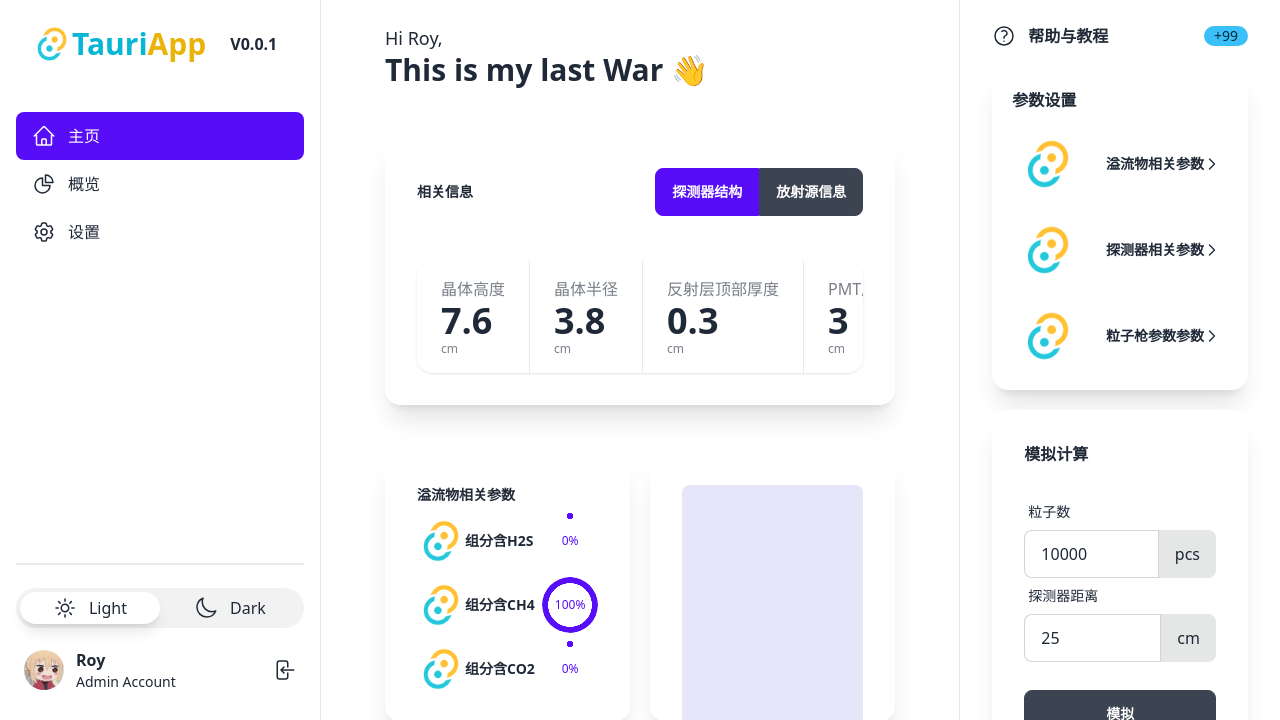
Repository: XMZOVO/tauri-geant4
Page: /
These files come from the project's save history. The page is drawn as it stood at one moment and after the next save; the edit follows.
The browser window is 1280 px wide. The pictures show the whole page.
The page's requests for data from a server got no answer. An inner scrolling area shows only its first screen. The project was rebuilt for these pictures with package versions that can differ from the ones it lists, and the page was loaded fresh each time. No one was signed in, and anything a server would have sent is missing. Also part of the build but not shown: vite.config.ts.

Above is the page before, as saved 2022-09-07 19:24:52.

### index.html
<!DOCTYPE html>
<html lang="en">
  <head>
    <meta charset="UTF-8" />
    <link rel="icon" type="image/svg+xml" href="/vite.svg" />
    <meta name="viewport" content="width=device-width, initial-scale=1.0" />
    <title>Tauri + Vue + TS</title>
  </head>

  <body>
    <div id="app"></div>
    <script type="module" src="/src/main.ts"></script>
    <script
      type="module"
      src="https://root.cern/js/latest/modules/main.mjs"
    ></script>
  </body>
</html>

### src/main.ts
import { createApp } from "vue";
import App from "./App.vue";
import "./index.css";
import { Router } from "./router";
import { createPinia } from "pinia";

const pinia = createPinia();

createApp(App).use(pinia).use(Router).mount("#app");

### src/router/index.ts
import { createRouter, createWebHistory } from "vue-router";

const routes = [
  {
    path: "",
    component: () => import("../components/MainWindow.vue"),
    children: [
      {
        path: "",
        component: () => import("../components/Home.vue"),
      },
      {
        path: "Setting",
        component: () => import("../components/Setting.vue"),
      },
      {
        path: "Overview",
        component: () => import("../components/Overview.vue"),
      },
    ],
  },
];

export const Router = createRouter({
  scrollBehavior: () => ({ left: 0, top: 0 }),
  history: createWebHistory(),
  routes,
});

### src/components/MainWindow.vue
<template>
  <div :data-theme="theme" class="drawer-mobile drawer h-screen">
    <input id="my-drawer-2" type="checkbox" class="drawer-toggle" />
    <div class="drawer-content flex flex-col">
      <!-- Page content here -->
      <!-- <label for="my-drawer-2" class="btn btn-primary drawer-button lg:hidden"
        >Open drawer</label
      > -->
      <router-view v-slot="{ Component }">
        <keep-alive exclude="Overview">
          <component :is="Component" />
        </keep-alive>
      </router-view>
    </div>
    <div class="drawer-side border-r border-solid border-base-300">
      <label for="my-drawer-2" class="drawer-overlay"></label>
      <ul
        class="menu w-80 justify-between overflow-y-auto bg-base-100 p-4 text-base-content"
      >
        <!-- Sidebar content here -->
        <div>
          <!-- App标题 -->
          <div class="hidden items-center gap-2 pb-10 lg:flex">
            <div
              class="hidden items-center py-2 px-4 font-bold md:text-3xl lg:flex"
            >
              <img src="../assets/icon.png" class="h-10 w-10" />
              <div class="inline-flex md:text-3xl">
                <span class="text-cyan-500">Tauri</span>
                <span class="text-yellow-500">App</span>
              </div>
            </div>
            <div class="font-semibold text-base-content">V0.0.1</div>
          </div>
          <!-- App标题 -->
          <!-- 导航栏 -->
          <li>
            <a :class="{ active: isActive == 0 }" @click="homePageClick">
              <span class="flex-none">
                <svg
                  xmlns="http://www.w3.org/2000/svg"
                  fill="none"
                  viewBox="0 0 24 24"
                  stroke-width="1.5"
                  stroke="currentColor"
                  class="h-6 w-6"
                >
                  <path
                    stroke-linecap="round"
                    stroke-linejoin="round"
                    d="M2.25 12l8.954-8.955c.44-.439 1.152-.439 1.591 0L21.75 12M4.5 9.75v10.125c0 .621.504 1.125 1.125 1.125H9.75v-4.875c0-.621.504-1.125 1.125-1.125h2.25c.621 0 1.125.504 1.125 1.125V21h4.125c.621 0 1.125-.504 1.125-1.125V9.75M8.25 21h8.25"
                  />
                </svg>
              </span>
              <span class="flex-1">主页</span></a
            >
          </li>
          <li>
            <a :class="{ active: isActive == 1 }" @click="dashboardClick">
              <span class="flex-none">
                <svg
                  xmlns="http://www.w3.org/2000/svg"
                  fill="none"
                  viewBox="0 0 24 24"
                  stroke-width="1.5"
                  stroke="currentColor"
                  class="h-6 w-6"
                >
                  <path
                    stroke-linecap="round"
                    stroke-linejoin="round"
                    d="M10.5 6a7.5 7.5 0 107.5 7.5h-7.5V6z"
                  />
                  <path
                    stroke-linecap="round"
                    stroke-linejoin="round"
                    d="M13.5 10.5H21A7.5 7.5 0 0013.5 3v7.5z"
                  />
                </svg>
              </span>
              <span class="flex-1">概览</span>
            </a>
          </li>
          <li>
            <a :class="{ active: isActive == 2 }" @click="settingClick">
              <span class="flex-none">
                <svg
                  xmlns="http://www.w3.org/2000/svg"
                  fill="none"
                  viewBox="0 0 24 24"
                  stroke-width="1.5"
                  stroke="currentColor"
                  class="h-6 w-6"
                >
                  <path
                    stroke-linecap="round"
                    stroke-linejoin="round"
                    d="M9.594 3.94c.09-.542.56-.94 1.11-.94h2.593c.55 0 1.02.398 1.11.94l.213 1.281c.063.374.313.686.645.87.074.04.147.083.22.127.324.196.72.257 1.075.124l1.217-.456a1.125 1.125 0 011.37.49l1.296 2.247a1.125 1.125 0 01-.26 1.431l-1.003.827c-.293.24-.438.613-.431.992a6.759 6.759 0 010 .255c-.007.378.138.75.43.99l1.005.828c.424.35.534.954.26 1.43l-1.298 2.247a1.125 1.125 0 01-1.369.491l-1.217-.456c-.355-.133-.75-.072-1.076.124a6.57 6.57 0 01-.22.128c-.331.183-.581.495-.644.869l-.213 1.28c-.09.543-.56.941-1.11.941h-2.594c-.55 0-1.02-.398-1.11-.94l-.213-1.281c-.062-.374-.312-.686-.644-.87a6.52 6.52 0 01-.22-.127c-.325-.196-.72-.257-1.076-.124l-1.217.456a1.125 1.125 0 01-1.369-.49l-1.297-2.247a1.125 1.125 0 01.26-1.431l1.004-.827c.292-.24.437-.613.43-.992a6.932 6.932 0 010-.255c.007-.378-.138-.75-.43-.99l-1.004-.828a1.125 1.125 0 01-.26-1.43l1.297-2.247a1.125 1.125 0 011.37-.491l1.216.456c.356.133.751.072 1.076-.124.072-.044.146-.087.22-.128.332-.183.582-.495.644-.869l.214-1.281z"
                  />
                  <path
                    stroke-linecap="round"
                    stroke-linejoin="round"
                    d="M15 12a3 3 0 11-6 0 3 3 0 016 0z"
                  />
                </svg>
              </span>
              <span class="flex-1">设置</span>
            </a>
          </li>
          <!-- 导航栏 -->
        </div>
        <div class="flex flex-col">
          <div class="divider"></div>

          <!-- 主题切换 -->
          <div class="mb-5 rounded-full bg-base-200">
            <div class="flex p-1">
              <div
                :class="
                  'flex w-1/2 cursor-pointer justify-center gap-3  rounded-full px-5 py-1 ' +
                  lightCss
                "
                @click="changeToLight"
              >
                <svg
                  xmlns="http://www.w3.org/2000/svg"
                  fill="none"
                  viewBox="0 0 24 24"
                  stroke-width="1.5"
                  stroke="currentColor"
                  class="h-6 w-6"
                >
                  <path
                    stroke-linecap="round"
                    stroke-linejoin="round"
                    d="M12 3v2.25m6.364.386l-1.591 1.591M21 12h-2.25m-.386 6.364l-1.591-1.591M12 18.75V21m-4.773-4.227l-1.591 1.591M5.25 12H3m4.227-4.773L5.636 5.636M15.75 12a3.75 3.75 0 11-7.5 0 3.75 3.75 0 017.5 0z"
                  />
                </svg>

                <div>Light</div>
              </div>
              <div
                :class="
                  'flex w-1/2 cursor-pointer justify-center gap-3 rounded-full px-5 py-1 ' +
                  darkCss
                "
                @click="changeToDark"
              >
                <svg
                  xmlns="http://www.w3.org/2000/svg"
                  fill="none"
                  viewBox="0 0 24 24"
                  stroke-width="1.5"
                  stroke="currentColor"
                  class="h-6 w-6"
                >
                  <path
                    stroke-linecap="round"
                    stroke-linejoin="round"
                    d="M21.752 15.002A9.718 9.718 0 0118 15.75c-5.385 0-9.75-4.365-9.75-9.75 0-1.33.266-2.597.748-3.752A9.753 9.753 0 003 11.25C3 16.635 7.365 21 12.75 21a9.753 9.753 0 009.002-5.998z"
                  />
                </svg>

                <div>Dark</div>
              </div>
            </div>
          </div>
          <!-- 主题切换 -->
          <!-- 用户 -->
          <div class="mb-3 flex items-center justify-between space-x-3 px-2">
            <div class="flex items-center gap-3">
              <div class="avatar">
                <div class="h-10 w-10 rounded-full">
                  <img src="../assets/zhouzhou.jpeg" />
                </div>
              </div>
              <div class="flex flex-col">
                <div class="text-md font-bold">Roy</div>
                <div class="text-sm text-base-content">Admin Account</div>
              </div>
            </div>
            <svg
              xmlns="http://www.w3.org/2000/svg"
              viewBox="0 0 24 24"
              fill="currentColor"
              class="h-6 w-6 hover:fill-slate-600"
            >
              <path
                fill-rule="evenodd"
                d="M7.5 3.75A1.5 1.5 0 006 5.25v13.5a1.5 1.5 0 001.5 1.5h6a1.5 1.5 0 001.5-1.5V15a.75.75 0 011.5 0v3.75a3 3 0 01-3 3h-6a3 3 0 01-3-3V5.25a3 3 0 013-3h6a3 3 0 013 3V9A.75.75 0 0115 9V5.25a1.5 1.5 0 00-1.5-1.5h-6zm5.03 4.72a.75.75 0 010 1.06l-1.72 1.72h10.94a.75.75 0 010 1.5H10.81l1.72 1.72a.75.75 0 11-1.06 1.06l-3-3a.75.75 0 010-1.06l3-3a.75.75 0 011.06 0z"
                clip-rule="evenodd"
              />
            </svg>
          </div>
          <!-- 用户 -->
        </div>
      </ul>
    </div>
  </div>
</template>

<script lang="ts" setup>
import { ref } from "vue";
import { useRouter, onBeforeRouteUpdate } from "vue-router";
import { defineStore } from "pinia";

const router = useRouter();
const isActive = ref(0);
const theme = ref("light");
const lightCss = ref("bg-base-100 shadow-lg");
const darkCss = ref("");

onBeforeRouteUpdate((to, from) => {
  if (to.fullPath == "/Overview") {
    isActive.value = 1;
  }
});

const homePageClick = () => {
  isActive.value = 0;
  router.push({ path: "/" });
};

const dashboardClick = () => {
  isActive.value = 1;
  router.push({ path: "/Overview" });
};

const settingClick = () => {
  isActive.value = 2;
  router.push({ path: "/Setting" });
};

const changeToDark = () => {
  theme.value = "dark";
  darkCss.value = "bg-base-100 shadow-lg";
  lightCss.value = "";
};

const changeToLight = () => {
  theme.value = "light";
  lightCss.value = "bg-base-100 shadow-lg";
  darkCss.value = "";
};

function setIsActiveIndex(index: number) {
  isActive.value = index;
  alert("w");
}
</script>

Loaded but not shown: src/App.vue (common file); src/index.css (common file); tailwind.config.cjs (common file); public/JsRoot720/modules/d3.mjs (library); public/JsRoot720/modules/gui/HierarchyPainter.mjs (library); public/JsRoot720/modules/io.mjs (3859 lines, source omitted); public/JsRoot720/modules/gpad/TFramePainter.mjs (2781 lines, source omitted); public/JsRoot720/modules/gpad/TPadPainter.mjs (2078 lines, source omitted); public/JsRoot720/modules/gui/menu.mjs (1573 lines, source omitted); public/JsRoot720/modules/core.mjs (1681 lines, source omitted); public/JsRoot720/modules/gui/display.mjs (1711 lines, source omitted); public/JsRoot720/modules/base/ObjectPainter.mjs (1608 lines, source omitted); public/JsRoot720/modules/base/math.mjs (2061 lines, source omitted); public/JsRoot720/modules/gpad/TAxisPainter.mjs (1330 lines, source omitted); public/JsRoot720/modules/hist/TPavePainter.mjs (1257 lines, source omitted); public/JsRoot720/modules/base/latex.mjs (1324 lines, source omitted); public/JsRoot720/modules/draw.mjs (618 lines, source omitted); public/JsRoot720/modules/gui/utils.mjs (511 lines, source omitted); public/JsRoot720/modules/gpad/TCanvasPainter.mjs (756 lines, source omitted); public/JsRoot720/modules/base/BasePainter.mjs (670 lines, source omitted); public/JsRoot720/modules/base/TAttFillHandler.mjs (343 lines, source omitted); public/JsRoot720/modules/base/TAttMarkerHandler.mjs (292 lines, source omitted); public/JsRoot720/modules/gui.mjs (206 lines, source omitted); public/JsRoot720/modules/base/colors.mjs (172 lines, source omitted); public/JsRoot720/modules/base/TAttLineHandler.mjs (166 lines, source omitted); public/JsRoot720/modules/base/FontHandler.mjs (139 lines, source omitted); src/components/Home.vue (436 lines, source omitted)

After the next save:
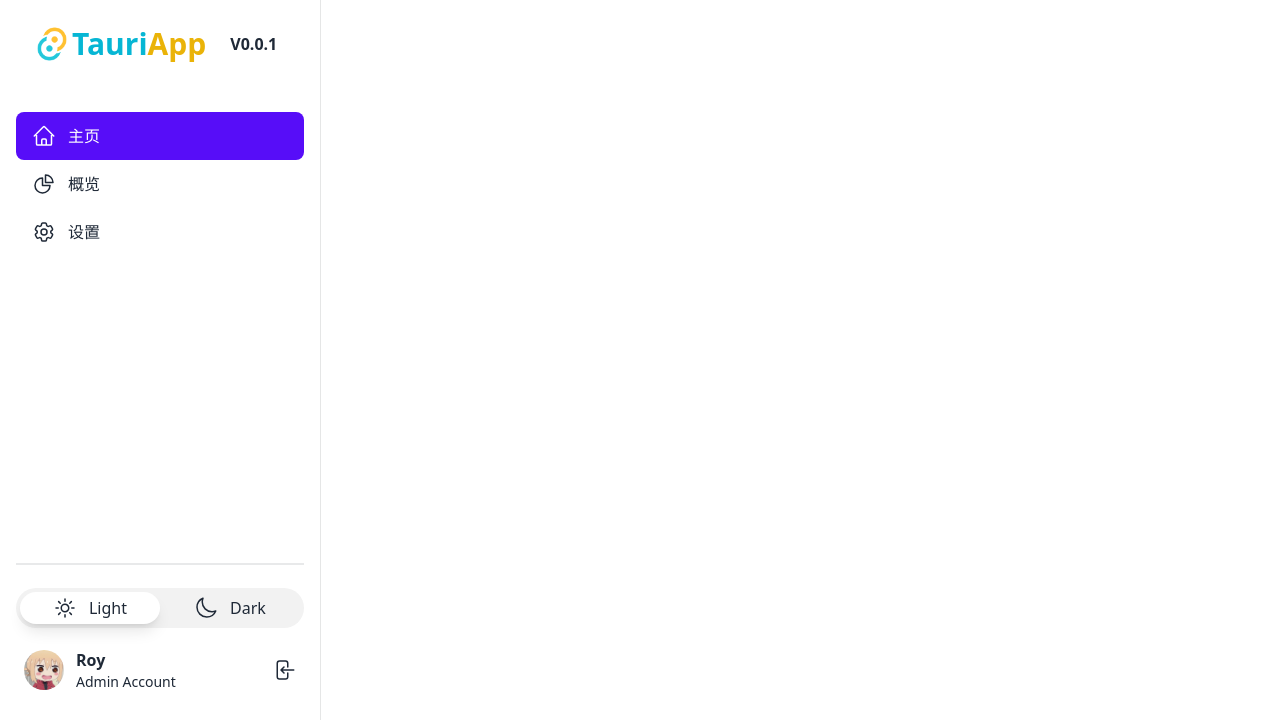
Saved 19 s later.
--- a/src/components/MainWindow.vue
+++ b/src/components/MainWindow.vue
@@ -7,9 +7,9 @@
         >Open drawer</label
       > -->
       <router-view v-slot="{ Component }">
-        <keep-alive exclude="Overview">
+        <!-- <keep-alive exclude="Overview">
           <component :is="Component" />
-        </keep-alive>
+        </keep-alive> -->
       </router-view>
     </div>
     <div class="drawer-side border-r border-solid border-base-300">

After the 3 saves that followed:
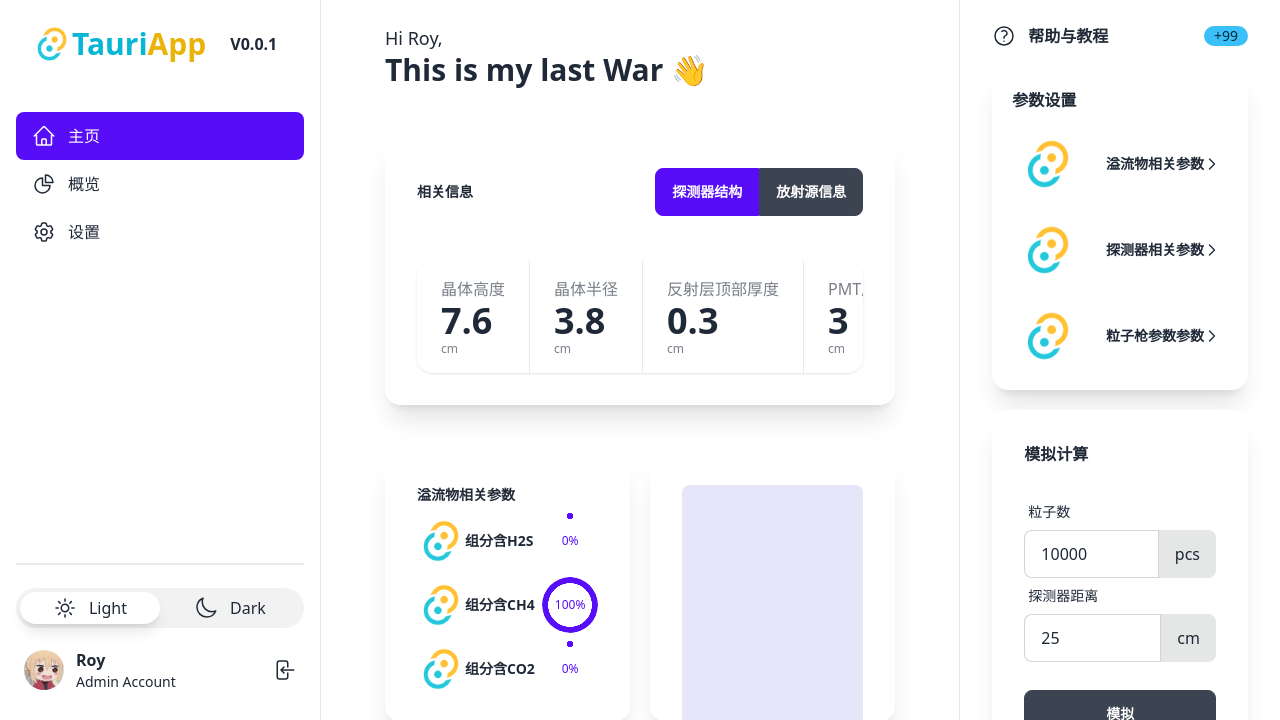
The 3 saves are shown as one change because 2 left the picture as it was.
The last was saved 41 s later.
--- a/src/components/MainWindow.vue
+++ b/src/components/MainWindow.vue
@@ -6,11 +6,7 @@
       <!-- <label for="my-drawer-2" class="btn btn-primary drawer-button lg:hidden"
         >Open drawer</label
       > -->
-      <router-view v-slot="{ Component }">
-        <!-- <keep-alive exclude="Overview">
-          <component :is="Component" />
-        </keep-alive> -->
-      </router-view>
+      <router-view> </router-view>
     </div>
     <div class="drawer-side border-r border-solid border-base-300">
       <label for="my-drawer-2" class="drawer-overlay"></label>
